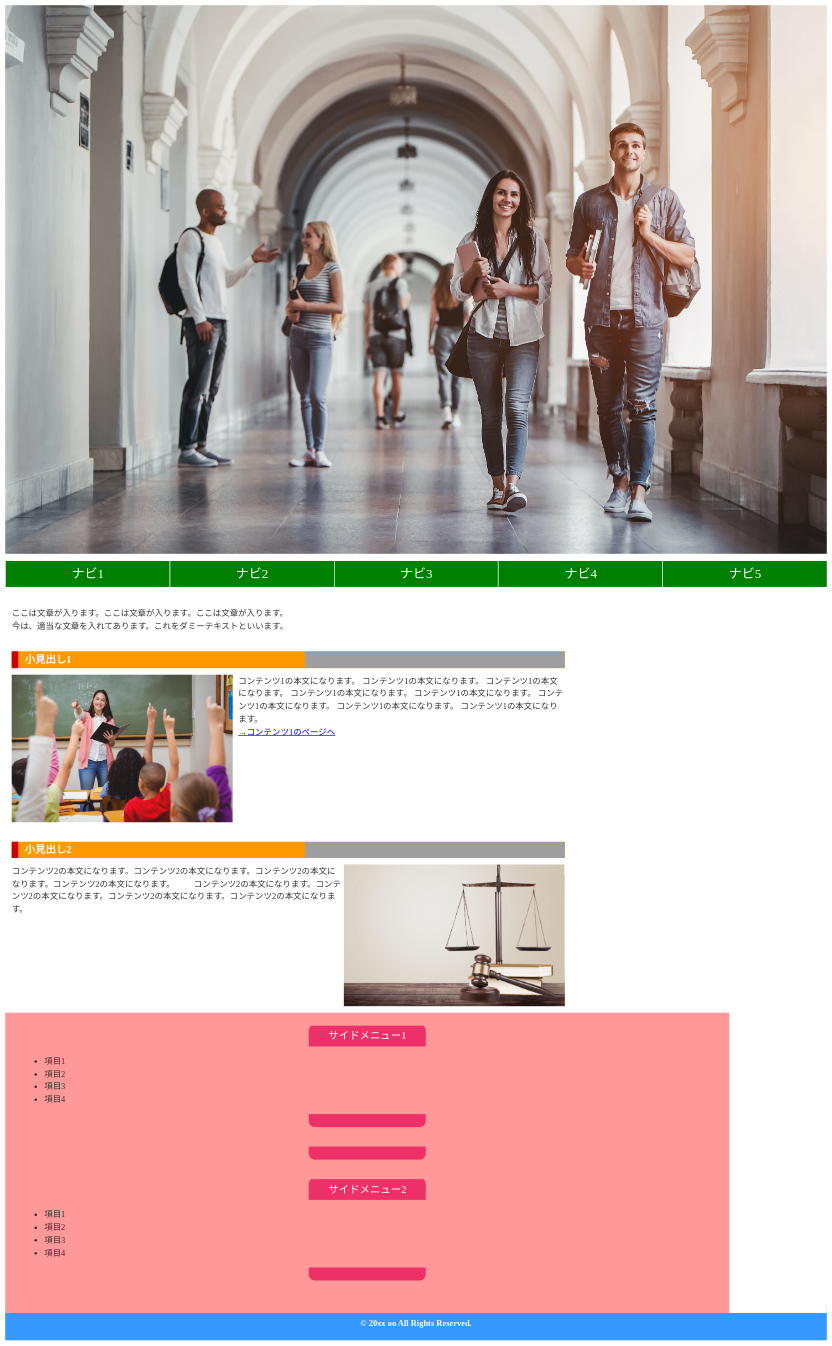
Repository: YuyaWada/samurai_HTML-CSS
Page: home.html
The author's editor kept a record of every edit. The page is drawn from the files as they stood at one moment, then again after the next edit.
The browser window is 1280 px wide. The pictures show the whole page, at 65% of full size.
Pictures or frames that could not be fetched are drawn as grey boxes.

Above is the page before.

After the next edit:
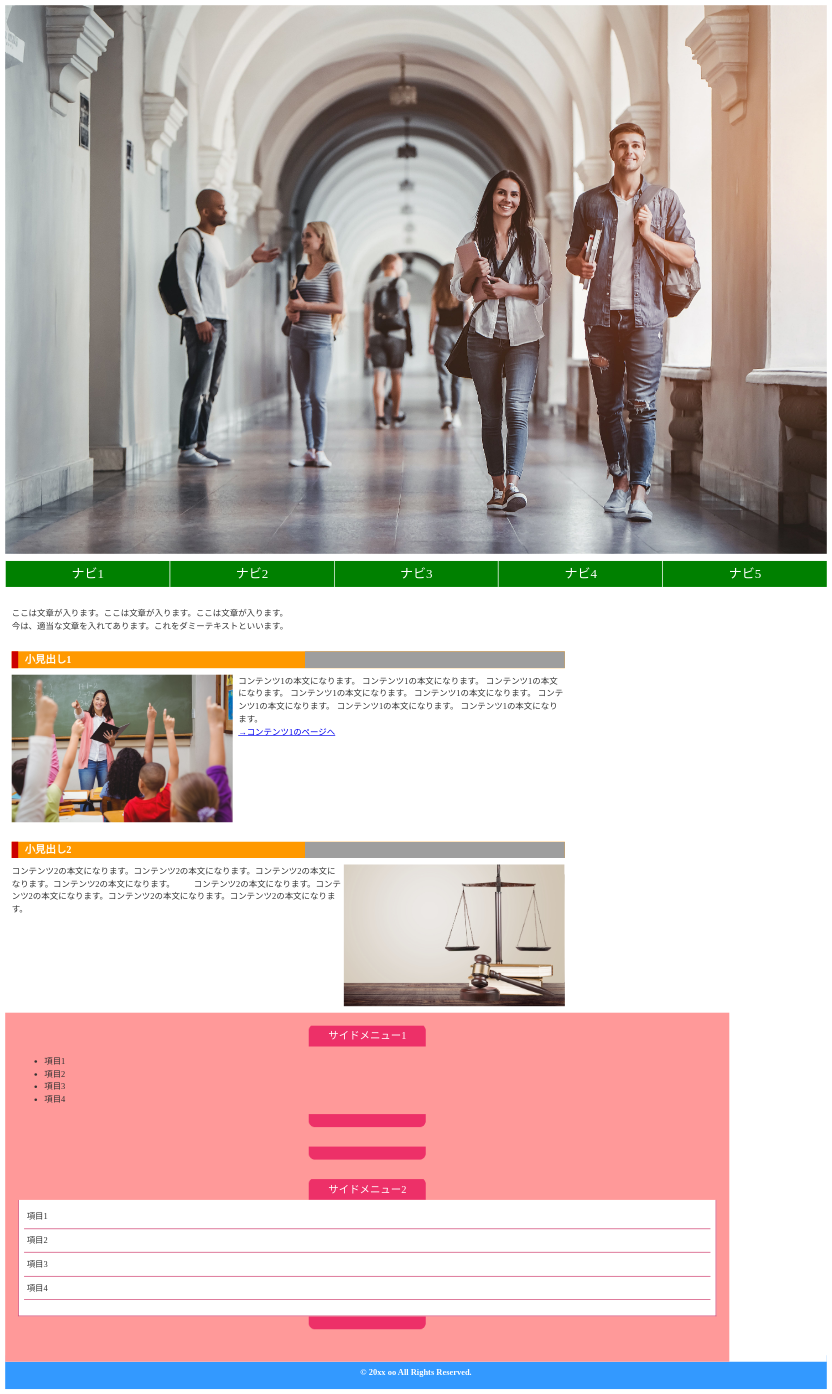
The edit:
--- a/home.html
+++ b/home.html
@@ -57,7 +57,7 @@
                     </div>
                     <div class="box">
                         <h2>サイドメニュー2</h2>
-                        <div class="boxbody">
+                        <div class="boxBody">
                             <ul>
                                 <li>項目1</li>
                                 <li>項目2</li>
